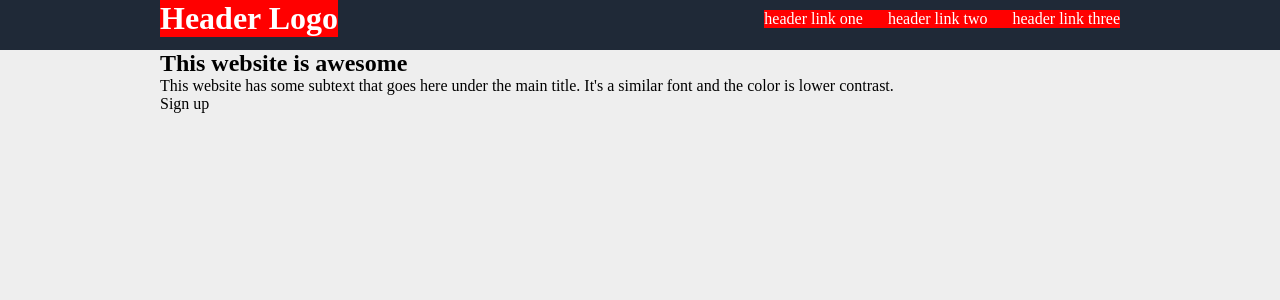
Repository: Pafestivo/Dummy-Landing-Page
Page: index.html
An editor plug-in stored every save of this project. The page is shown before and after the next save, followed by the edit.
The browser window is 1280 px wide. The pictures show the whole page.

Above is the page before, as saved 2022-09-26 17:47:49.

### index.html
<!DOCTYPE html>
<html lang="en">
<head>
    <meta charset="UTF-8">
    <meta name="viewport" content="width=device-width, initial-scale=1.0">
    <link rel="stylesheet" href="styles.css">
    <title>Landing Page</title>
</head>
<body>
    <header>
        <div class="container">
            <h1>Header Logo</h1>
            <nav>
                <a href="#">header link one</a>
                <a href="#">header link two</a>
                <a href="#">header link three</a>
            </nav>
        </div> <!-- /container-->
    </header>
    <main>
        <section class="first">
            <div class="container">
                <h1>This website is awesome</h1>
                <p>This website has some subtext that goes here under the main title. It's a similar font and the color is lower contrast.</p>
                <a href="#">Sign up</a>
                <img
                    src=""
                    alt=""
                />
            </div> <!-- /container-->
        </section> <!-- /first -->

        <section class="second">
            <div class="container">

            </div> <!-- /container-->
        </section> <!-- /second -->

        <section class="third">
            <div class="container">

            </div> <!-- /container-->
        </section> <!-- /third -->

        <section class="fourth">
            <div class="container">

            </div> <!-- /container-->
        </section> <!-- /fourth -->

        <footer>

        </footer>
    </main>
</body>
</html>

### styles.css
* {
  padding: 0;
  margin: 0;
  box-sizing: border-box;
}

body {
  font-family: serif;
  background-color: #eee;
}

.container {
  width: 75vw;
  margin: 0 auto;
}

a {
  text-decoration: none;
  color: inherit;
}

/* head area */
header {
  background-color: #1F2937;
  color: #fff;
  height: 50px;
}

header .container {
  display: flex;
  justify-content: space-between;
  align-items: center;
}

header h1 {
  background-color: red;
}

header nav {
  display: flex;
  align-items: center;
  background-color: red;
  gap: 25px;
}
/* End head area  */

After the next save:
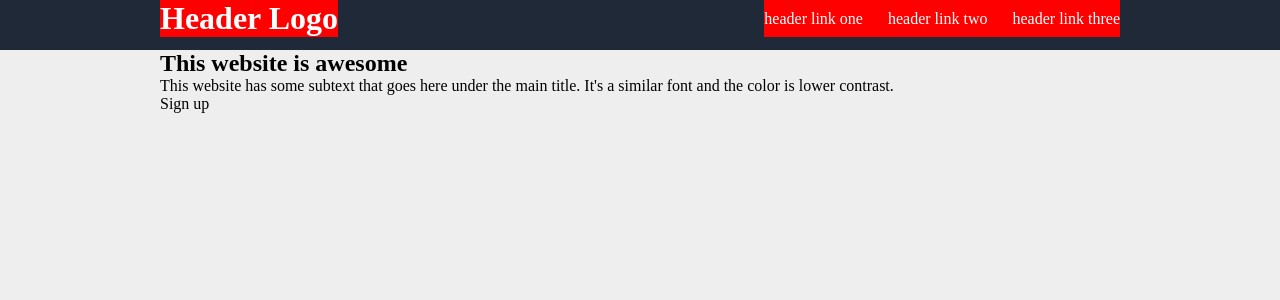
Saved 19 s later.
--- a/styles.css
+++ b/styles.css
@@ -29,7 +29,6 @@ header {
 header .container {
   display: flex;
   justify-content: space-between;
-  align-items: center;
 }
 
 header h1 {
